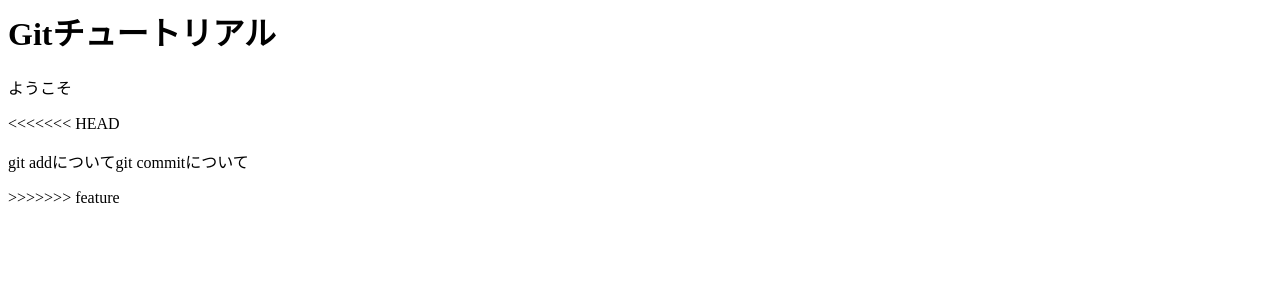
Repository: swluma/samurai_HTML-CSS
Page: index.html
The author's editor kept a record of every edit. The page is drawn from the files as they stood at one moment, then again after the next edit.
The browser window is 1280 px wide. The pictures show the whole page.

Above is the page before.

After the next edit:
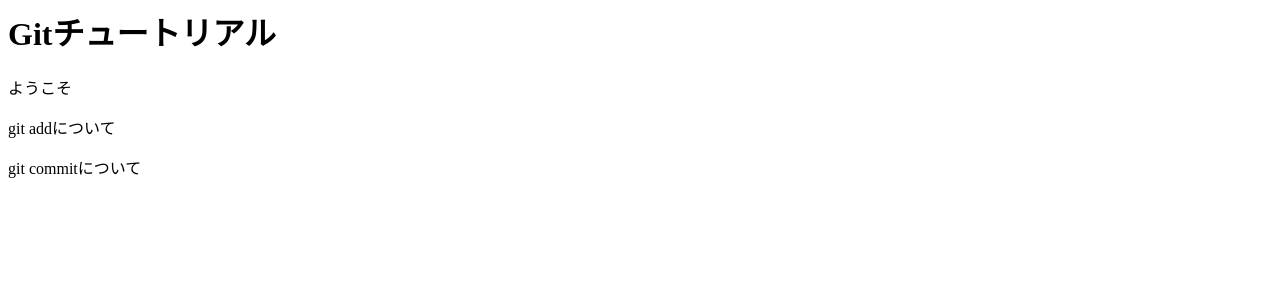
The edit:
--- a/index.html
+++ b/index.html
@@ -1,5 +1,4 @@
 <h1>Gitチュートリアル</h1>
 <p>ようこそ</p>
-<<<<<<< HEAD<p>git addについて</=======
+<p>git addについて</p>
 <p>git commitについて</p>
->>>>>>> feature
